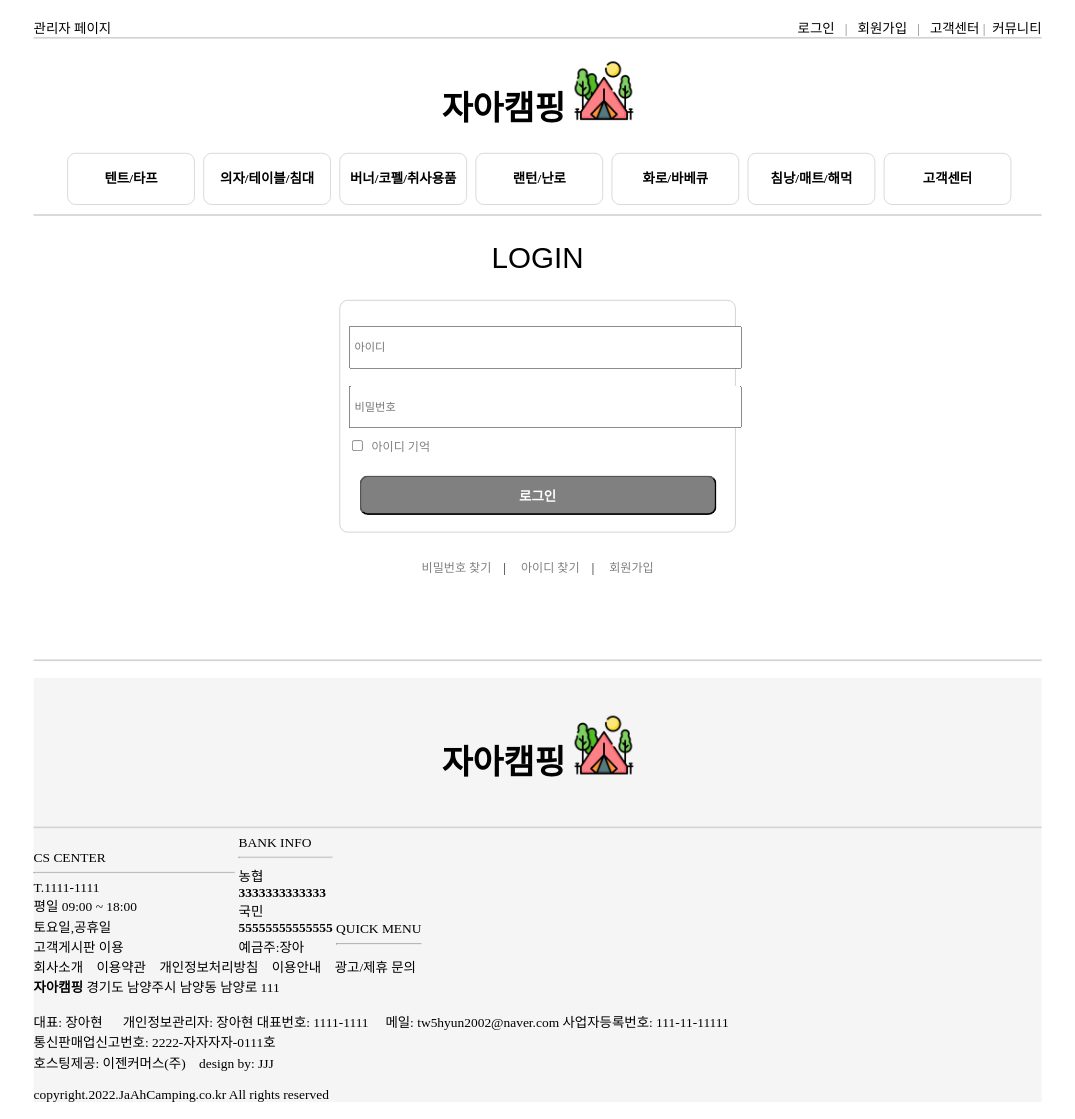
Repository: JJang-Ah/JSP-shoping-mall-project
Page: http://localhost/JaAhCamping/logon/memberLoginForm.jsp
The author's editor kept a copy of each file at every save. The page is drawn from the files as they stood at one save, then again after a run of saves.
The browser window is 1280 px wide. The pictures show the whole page, at 84% of full size.
Some web fonts or font styles are not loaded; a fallback is used. The page is served by Tomcat 9. Other server files are loaded and not shown.

Above is the page before, as saved 2022-06-12 14:03:19.

### JaAhCamping/WebContent/logon/memberLoginForm.jsp
<%@ page language="java" contentType="text/html; charset=UTF-8"
    pageEncoding="UTF-8"%>
<!DOCTYPE html>
<html>
<head>
<meta charset="UTF-8">
<title>로그인 폼</title>
<style>
@import url('https://fonts.googleapis.com/css2?family=Hammersmith+One&family=Paytone+One&display=swap');
#container { width: 1200px; margin: 0 auto;}
/* 상단 - 메인, 서브 타이틀 */
.t_title { font-family: 'Hammersmith One', sans-serif; font-size: 2.2em; text-align: center; margin: 30px 0;}

/* 중단 - 입력창 */
.f_input { width: 450px; text-align: center; border: 1px solid #ccc; padding: 10px; margin: 30px auto; border-radius: 10px;}
.f_input .c_id, .f_input .c_pwd { height: 45px; margin-top: 20px; padding-left: 5px;}
.f_input .f_chk { text-align: left; margin-top: 10px; font-size: 0.9em; color: gray;}
.f_input #btn_Login { width: 425px; height: 47px; margin-top: 25px; background: gray; color: white;
 font-size: 16px; font-weight: bold; cursor: pointer; margin-top: 25px; margin-bottom: 10px; border-radius: 10px;}

 /* 하단 - 비밀번호 찾기, 아이디 찾기, 회원가입 */
 .f_a { text-align: center; margin-top: 30px; font-size: 0.9em;}
 .f_a a {color: gray;}
 .t_line { border: 1px solid #e9ecef; margin: 20px 0;}


</style>

<script>
	document.addEventListener("DOMContentLoaded", function() {
		let form = document.loginForm;
		// 로그인 버튼을 클릭했을 때 유효성 검사 (공백 유무)
		let btn_Login = document.getElementById("btn_Login");
		btn_Login.addEventListener("click", function() {
			if(!form.id.value) {
				alert('아이디를 입력하시오.!');
				form.id.focus();
				return;
			}

			if(!form.pwd.value) {
				alert('비밀번호를 입력하시오.!');
				form.pwd.focus();
				return;
			}

			// 아이디 기억하기
			let now = new Date(); // 오늘 날짜
			let name = "cookieId"; // 쿠키 이름
			let value = form.id.value; // 쿠키 값

			if(form.chk.checked == true) { // 체크박스를 체크했을 때 -> 쿠키 생성
				// 만료시간: 지금으로부터 7일 후로 설정, 만료시간으로 사용
				now.setDate(now.getDate() + 7);
			} else { // 체크박스를 해제했을 때 -> 쿠키 삭제
				// 만료시간: 지금 시간으로 설정
				now.setDate(now.getDate() + 0);
			}

			// 쿠키 생성시에 필요한 정보 - 쿠키의 이름과 값, 위치, 만료시간
			// ;path=/;expires= : 현재 페이지의 위치
			document.cookie = name + "=" + escape(value) + ";path=/;expires=" +now.toGMTString() + ";";

			form.submit();
		})


		// 쿠키가 생성되어 있을 때 쿠키에 저장된 값인 아이디를 아이디 입력상자에 놓도록 하는 작업
		// 쿠키 확인 - 쿠키가 존재한다면
		if(document.cookie.length > 0) {
			var search = "cookieId=";
			var idx = document.cookie.indexOf(search); // 쿠키 중에서 cookieId=이 나오는 위치
			if(idx != -1) { // cookieId값이 존재한다면
				idx += search.length;
				var end = document.cookie.indexOf(';', idx);

				if(end == -1) {
					end = document.cookie.length;
				}

				form.id.value = document.cookie.substring(idx, end);
				form.chk.checked = true;
			}
		}
	})
</script>
</head>
<body>

<div id="container">
	<jsp:include page="../mall/shopTop.jsp"></jsp:include>
	<div class="t_title">LOGIN</div>

	<form action="memberLoginPro.jsp" method="post" name="loginForm">
		<div class="f_input">
			<div class="f_id"><input type="text" id="id" name="id" class="c_id" placeholder="아이디" size="55"></div>
			<div class="f_pwd"><input type="password" id="pwd" name="pwd" class="c_pwd" placeholder="비밀번호" size="55"></div>
			<div class="f_chk">
				<input type="checkbox" id="chk" class="c_chk" size="55" name="chk">&nbsp;
				<label for="chk">아이디 기억</label>
			</div>
			<div class="f_submit"><input type="button" value="로그인" id="btn_Login"></div>
		</div>
		<div class="f_a">
			<a href="#">비밀번호 찾기</a>&emsp;|&emsp;
			<a href="#">아이디 찾기</a>&emsp;|&emsp;
			<a href="../member/memberJoinForm.jsp">회원가입</a>
		</div>
	</form>
	<hr class="t_line">
	<jsp:include page="../mall/shopBottom.jsp"></jsp:include>
</div>

</body>
</html>

### JaAhCamping/WebContent/mall/shopTop.jsp
<%@ page language="java" contentType="text/html; charset=UTF-8"
    pageEncoding="UTF-8"%>
<!DOCTYPE html>
<html>
<head>
<meta charset="UTF-8">
<title>Insert title here</title>
<link href="https://fonts.googleapis.com/css2?family=Do+Hyeon&display=swap" rel="stylesheet">

<style>
#container { width: 1200px; margin: 20px auto;}
/* 상단 */
a { text-decoration: none; color: black;}
.t_box1 { text-align: right;}
.t_box1 #admin_page { display: inline-block; float: left;}
.t_box1 .user_menu { display: inline-block; float: right; color: gray;}
.h_line { clear: both; border: 1px solid lightgray; margin-top: 20px;}
.title { text-align: center; font-family: 'Do Hyeon', sans-serif; font-size: 40px;}
#camping { width: 70px; height: 70px;}
#title_sub_go { font-size: 0.8em;}

/* 메뉴 */
.m_menu { list-style: none; font-weight: bold;}
.m_menu .m_m_list { display: inline-block; float: left; width: 150px; height: 60px;
margin-right: 10px; border: 1px solid lightgray; text-align: center; line-height: 60px; border-radius: 10px;}
.m_menu > .m_m_list { position: relative;}
.m_menu { color: black;}
.m_menu > .m_m_list:hover >.s_menu { display: block;}
.m_m_list > .s_menu { display: none; position: absolute; top: 61px; border: 1px solid lightgray; background: white; border-radius: 10px;}
.s_menu .s_m_list { text-align: left; width: 200px;}

.t_line { clear: both; border: 1px solid lightgray; margin-top: 100px;}
</style>
</head>
<body>
<%
request.setCharacterEncoding("utf-8");

String memberId = (String)session.getAttribute("memberId");

if(memberId == null) {

}

%>
<div id="container">

	<div class="t_box1"> <%--  --%>
		<div id="admin_page"><a href="http://localhost:8088/JaAhCamping/manager/managerMain.jsp">관리자 페이지</a></div>
		<div class="user_menu">
		<%if(memberId == null) {  %>
			<a href="http://localhost:8088/JaAhCamping/logon/memberLoginForm.jsp"><span>로그인</span></a>&ensp; |&ensp;
			<a href="http://localhost:8088/JaAhCamping/member/memberJoinForm.jsp"><span>회원가입</span></a>&ensp; |&ensp;
		<%} else { %>
			<a href="../member/memberInfoForm.jsp"><span><%=memberId %>님</span></a>&ensp; |&ensp;
			<a href="../logon/memberLogout.jsp"><span>로그아웃</span></a>&ensp; |&ensp;
			<a href="#"><span>장바구니</span></a>&ensp; |&ensp;
		<%} %>
		<a href="#">고객센터</a>&nbsp;|&nbsp;
		<a href="#">커뮤니티</a>
		</div>
	</div>
	<hr class="h_line">

	<%-- 상단 제목 --%>
	<h1 class="title"><a href="http://localhost:8088/JaAhCamping/mall/shopAll.jsp">자아캠핑&nbsp;<img alt="camping" src="/JaAhCamping/icons/camping.png" id="camping"></a></h1>



	<nav class="menu">
		<ul class="m_menu">
			<li class="m_m_list"><a href="#">텐트/타프</a>
				<div class="s_menu">
					<ul>
						<li class="s_m_list"><a href="#">텐트</a></li>
						<li class="s_m_list"><a href="#">텐트관련품</a></li>
						<li class="s_m_list"><a href="#">타프</a></li>
						<li class="s_m_list"><a href="#">폴대/펙/스트링/스토퍼</a></li>
						<li class="s_m_list"><a href="#">공구</a></li>
						<li class="s_m_list"><a href="#">기타(텐트/타프)</a></li>
					</ul>
				</div>
			</li>
			<li class="m_m_list"><a href="#">의자/테이블/침대</a>
				<div class="s_menu">
					<ul>
						<li class="s_m_list"><a href="#">의자</a></li>
						<li class="s_m_list"><a href="#">테이블</a></li>
						<li class="s_m_list"><a href="#">선반/수납가구</a></li>
						<li class="s_m_list"><a href="#">야전침대</a></li>
						<li class="s_m_list"><a href="#">퍼니쳐</a></li>
						<li class="s_m_list"><a href="#">기타(의자/테이블/침대)</a></li>
					</ul>
				</div>
			</li>
			<li class="m_m_list"><a href="#">버너/코펠/취사용품</a>
				<div class="s_menu">
					<ul>
						<li class="s_m_list"><a href="#">버너</a></li>
						<li class="s_m_list"><a href="#">코펠</a></li>
						<li class="s_m_list"><a href="#">취사용품</a></li>
						<li class="s_m_list"><a href="#">식기류</a></li>
						<li class="s_m_list"><a href="#">기타(버터/코펠/취사용품)</a></li>
					</ul>
				</div>
			</li>
			<li class="m_m_list"><a href="#">랜턴/난로</a>
				<div class="s_menu">
					<ul>
						<li class="s_m_list"><a href="#">랜턴</a></li>
						<li class="s_m_list"><a href="#">후레쉬</a></li>
						<li class="s_m_list"><a href="#">난로</a></li>
						<li class="s_m_list"><a href="#">액세서리</a></li>
						<li class="s_m_list"><a href="#">기타(랜턴/난로)</a></li>
					</ul>
				</div>
			</li>
			<li class="m_m_list"><a href="#">화로/바베큐</a>
				<div class="s_menu">
					<ul>
						<li class="s_m_list"><a href="#">화로대</a></li>
						<li class="s_m_list"><a href="#">바베큐 그릴</a></li>
						<li class="s_m_list"><a href="#">토치</a></li>
						<li class="s_m_list"><a href="#">바베큐 소품</a></li>
						<li class="s_m_list"><a href="#">기타(화로/바베큐)</a></li>
					</ul>
				</div>
			</li>
			<li class="m_m_list"><a href="#">침낭/매트/해먹</a>
				<div class="s_menu">
					<ul>
						<li class="s_m_list"><a href="#">침낭</a></li>
						<li class="s_m_list"><a href="#">베개/쿠션/방석</a></li>
						<li class="s_m_list"><a href="#">매트</a></li>
						<li class="s_m_list"><a href="#">해먹</a></li>
						<li class="s_m_list"><a href="#">기타(침낭/매트/해먹)</a></li>
					</ul>
				</div>
			</li>
			<li class="m_m_list"><a href="#">고객센터</a>
			</li>
		</ul>
	</nav>
	<hr class="t_line">
</div>

</body>
</html>

### JaAhCamping/WebContent/mall/shopBottom.jsp
<%@ page language="java" contentType="text/html; charset=UTF-8"
    pageEncoding="UTF-8"%>
<!DOCTYPE html>
<html>
<head>
<meta charset="UTF-8">
<title>Insert title here</title>
<style>
#container_bottom {  width: 100%; background: #f5f5f5;}

.b_line { border: 1px solid lightgray; margin-top: 50px;}

.b_box1 { display: inline-block; width: 20%;}
.b_box2 { display: inline-block;}
.b_box3 { display: inline-block;}
.b_box4 { display: inline-block;}


</style>
</head>
<body>
<div id="container_bottom">
	<br>
	<h1 class="title"><a href="http://localhost:8088/JaAhCamping/mall/shopAll.jsp">자아캠핑&nbsp;<img alt="camping" src="/JaAhCamping/icons/camping.png" id="camping"></a></h1>
	<hr class="b_line">
	<div class="b_box1">
		<span>CS CENTER</span>
		<hr>
		<span>T.1111-1111</span><br>
		<span>평일 09:00 ~ 18:00<br>
		토요일,공휴일<br>
		고객게시판 이용</span>
	</div>
	<div class="b_box2">
		<span>BANK INFO</span>
		<hr>
		<span>
		농협 <br>
		<b>3333333333333</b><br>
		국민<br>
		<b>55555555555555</b><br>
		예금주:장아
		</span>
	</div>
	<div class="b_box3">
		<span>QUICK MENU</span>
		<hr>
		<div>

		</div>
	</div>
	<div class="b_box4">
	회사소개 &ensp; 이용약관 &ensp; 개인정보처리방침 &ensp; 이용안내 &ensp; 광고/제휴 문의<br>
	<b>자아캠핑</b>
	<span>
	경기도 남양주시 남양동 남양로 111 <br><br>
	대표: 장아현 &ensp;&ensp; 개인정보관리자: 장아현
	대표번호: 1111-1111&ensp;&ensp; 메일: tw5hyun2002@naver.com
	사업자등록번호: 111-11-11111<br>
	통신판매업신고번호: 2222-자자자자-0111호<br>
	호스팅제공: 이젠커머스(주)&ensp;&ensp;design by: JJJ<br><br>
	copyright.2022.JaAhCamping.co.kr All rights reserved
	</span>

	</div>


</div>
</body>
</html>

After the next 2 saves:
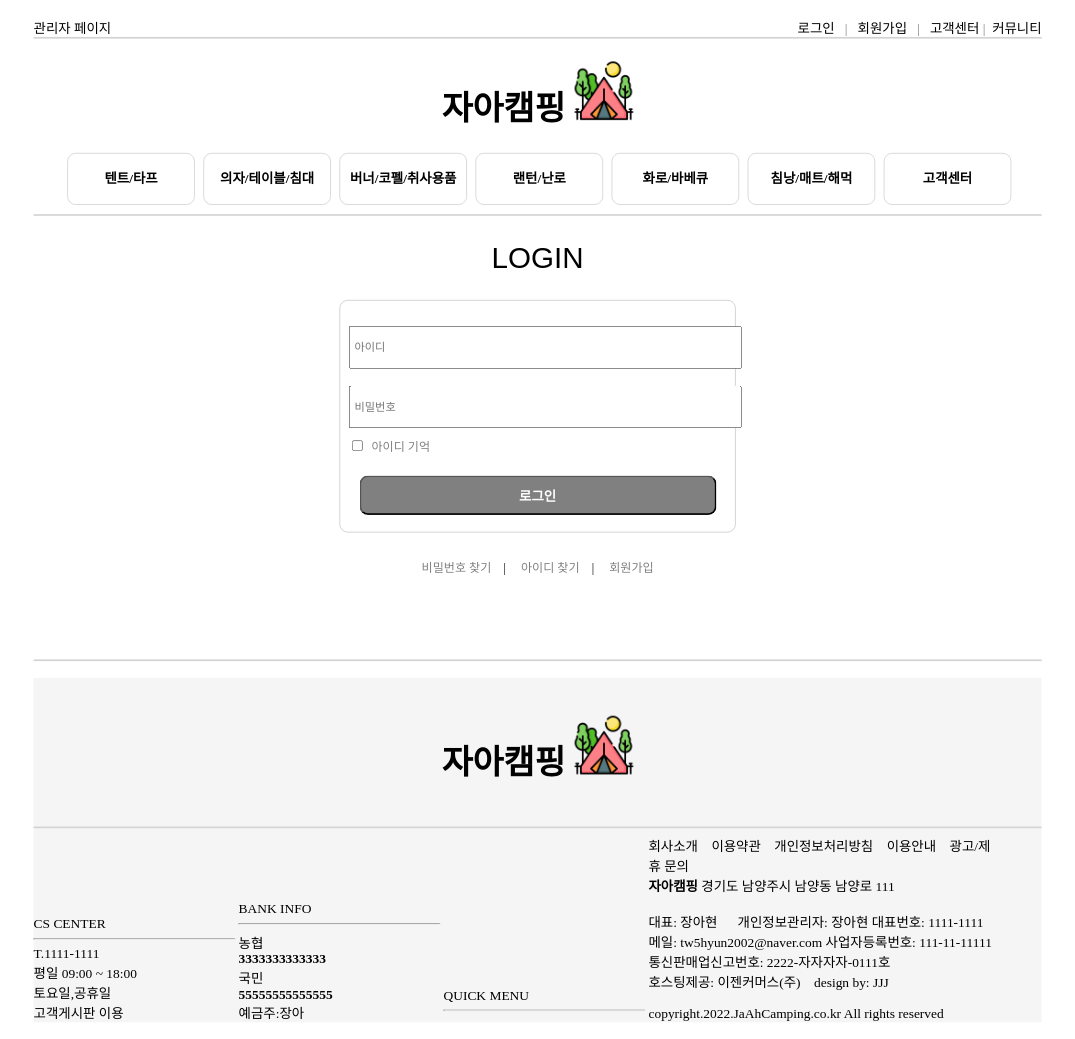
The 2 saves are shown as one change because they came seconds apart.
The last was saved 14 s later.
--- a/JaAhCamping/WebContent/mall/shopBottom.jsp
+++ b/JaAhCamping/WebContent/mall/shopBottom.jsp
@@ -11,9 +11,9 @@
 .b_line { border: 1px solid lightgray; margin-top: 50px;}
 
 .b_box1 { display: inline-block; width: 20%;}
-.b_box2 { display: inline-block;}
-.b_box3 { display: inline-block;}
-.b_box4 { display: inline-block;}
+.b_box2 { display: inline-block; width: 20%;}
+.b_box3 { display: inline-block; width: 20%;}
+.b_box4 { display: inline-block; width: 35%;}
 
 
 </style>
